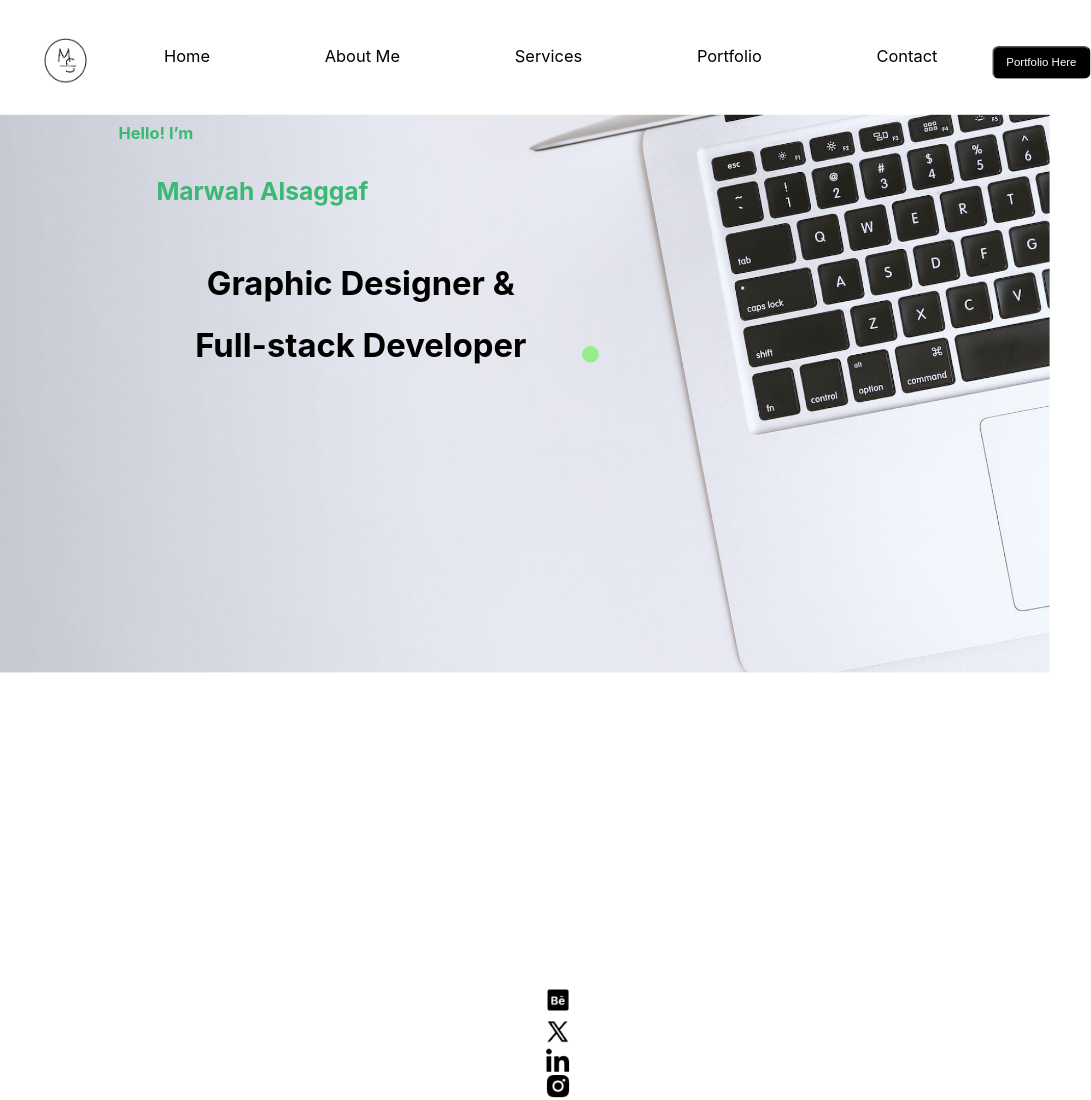
Repository: MEROO1010/Portfolio-2
Page: /
These files come from the project's save history. The page is drawn as it stood at one moment and after the next save; the edit follows.
The browser window is 1280 px wide. The page is 1330 px wide, so the pictures cover 1330 px, including what lies to the right of the window. The pictures show the whole page, at 82% of full size.
The project was rebuilt for these pictures with package versions that can differ from the ones it lists, and the page was loaded fresh each time.

Above is the page before, as saved 2023-12-16 12:57:38.

### src/App.js
import './App.css';
import Home from './components/Home';
import Navbar from './components/Navbar';

function App() {
  return (
    <div className="App">
     <Navbar/>
     <Home/>
    </div>
  );
}

export default App;

### src/components/Home.js
import React from 'react'
import HomeImage from "../images/header background.png";
import Circle from "../images/Green-circle.png";
import Behance from "../images/Behance.png";
import TwitterX from "../images/TwitterX.png";
import LinkedIn from "../images/LinkedIn.png";
import Instagram from "../images/Instagram.png";

import styled from "styled-components"


const Home = () => {
  return (
    <Container>
       <BackgroundImage>
       <img src={HomeImage}alt=""/>

       <h4>Hello! I’m</h4>

       <h3>Marwah Alsaggaf</h3>

       <h1>Graphic Designer &</h1>
       <h1>Full-stack Developer </h1>
       <CircleIcon>
       <img src={Circle}alt=""/>
       </CircleIcon>

       <ul >
            <li><a href='https://github.com/MEROO1010'><img src={Behance}alt=""/></a></li>
            <li><a href='https://www.instagram.com/meroo_alsaggaf/'><img src={TwitterX}alt=""/></a></li>
            <li><a href='https://www.behance.net/merooalsaggaf'><img src={LinkedIn}alt=""/></a></li>
            <li><a href='https://www.linkedin.com/in/marwah-alsaggaf-ba44011b2/'><img src={Instagram}alt=""/></a></li>
          </ul>
       </BackgroundImage>


    </Container>
  )
}

const Container = styled.div`

`

const BackgroundImage = styled.div `
 img{
  object-fit:cover;
  max-width: 100%;
    max-height: 100%;
  -o-object-fit: contain;
    object-fit: contain;
 }

 h4{
  position:relative;
  bottom:700px;
  right:450px;
  font-size:20px;
  color:#3BB873
 }

 h3{
  position:relative;
  bottom:690px;
  right:320px;
  font-size:30px;
  color:#3BB873
 }

 h1{
  position:relative;
  bottom:650px;
  right:200px;
  font-size:40px;
  color:#000
 }


  ul{
    position:relative;
   list-style-type: none;

  padding-left: 40px;
  top: 40px;
  left:20px;
  overflow: hidden;
  background-color: #fff;
  }
`

const CircleIcon = styled.div`
  img{
    position:relative;
  bottom:700px;
  left:80px;


  }
`

export default Home

### src/components/Navbar.js
import React from 'react'
import styled from "styled-components"
import MYLOGO from "../images/white logo.png";

const Navbar = () => {
  return (
    <Container>
       <ul>
          <li>Home</li>
          <li>About Me</li>
          <li>Services</li>
          <li>Portfolio</li>
          <li>Contact</li>
       </ul>

       <Logo>
       <img src={MYLOGO}alt=""/>
       </Logo>

       <PortfolioButton>
         <button>Portfolio Here</button>
       </PortfolioButton>
    </Container>
  )
}


const Container = styled.div `
margin-top:8px;
height:8px;
  ul{
    position:relative;
   list-style-type: none;

  padding-left: 40px;
  top: 40px;
  left:20px;
  overflow: hidden;
  background-color: #fff;
  }

  li {
    font-size:20px;
    position:sticky;
    justifyContent: flex-end;
    display: flex;
    right:100px;
  float: left;
  padding-left: 20px;
  margin-left:120px;


}
li a {
  display: block;
  color: white;
  text-align: center;
  padding: 16px;
  text-decoration: none;
}

li a:hover {
  background-color: #111111;
}
`

const Logo = styled.div `
position:relative;
bottom:20px;
padding-bottom:80px;
 img{
 width:80px;
 height:80px;
 float: left;
 margin-left:40px;
 padding-bottom:4px;
 justifyContent: flex-end;

 }
`

const PortfolioButton = styled.div`

  button{
    position:relative;
margin-left:40px;
left:550px;
bottom:80px;
width:120px;
height:40px;
font-size:14px;
border-radius:8px;
background-color:black;
color:white;
  }
`

export default Navbar

Loaded but not shown: public/index.html (common file); src/index.js (common file); src/index.css (common file); src/reportWebVitals.js (common file); src/App.css (common file)

After the next save:
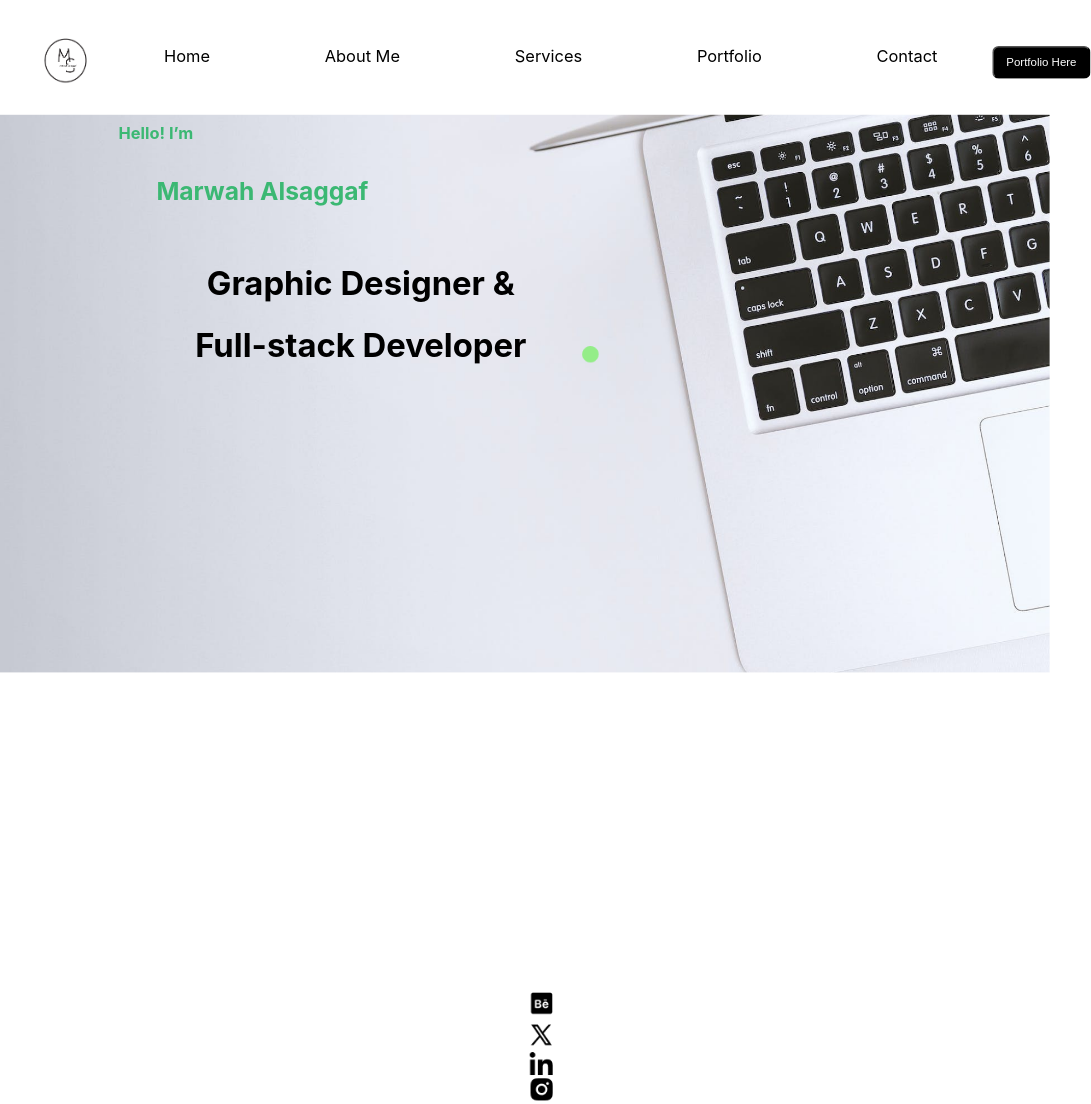
Saved 68 s later.
--- a/src/components/Home.js
+++ b/src/components/Home.js
@@ -84,7 +84,7 @@ const BackgroundImage = styled.div `
   top: 40px;
   left:20px;
   overflow: hidden;
-  background-color: #fff;
+  display:inline;
   }
 `
 
